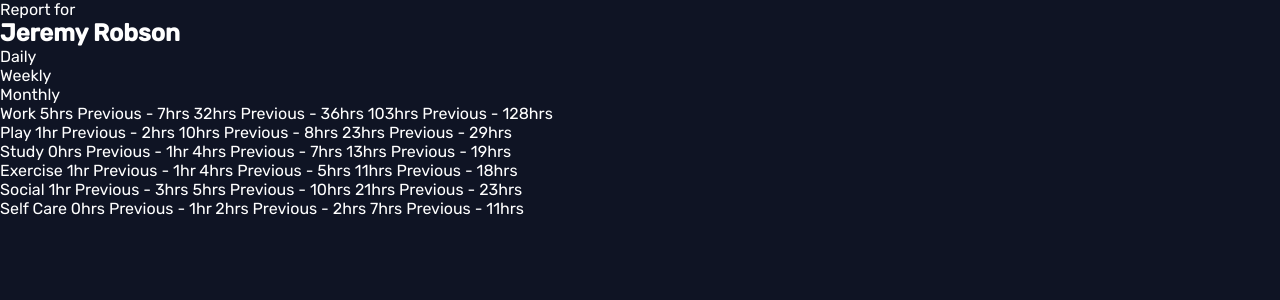
Repository: 3mr-5aled/time-tracking-dashboard-Junior
Page: index.html
An editor plug-in stored every save of this project. The page is shown before and after the next save, followed by the edit.
The browser window is 1280 px wide. The pictures show the whole page.

Above is the page before, as saved 2022-12-27 15:16:01.

After the next save:
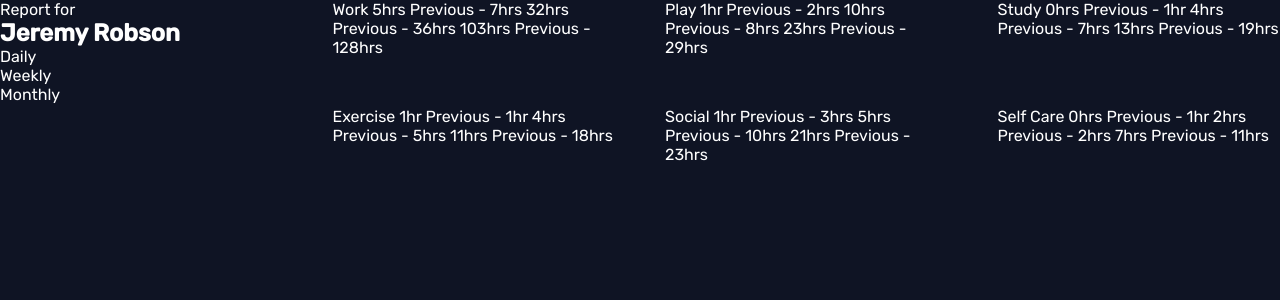
Saved 16 s later.
--- a/style.css
+++ b/style.css
@@ -36,7 +36,7 @@ body {
   color: white;
 }
 
-.grid {
+.main {
   display: grid;
   grid-template-columns: repeat(4, 1fr);
   grid-template-rows: repeat(2, 1fr);
